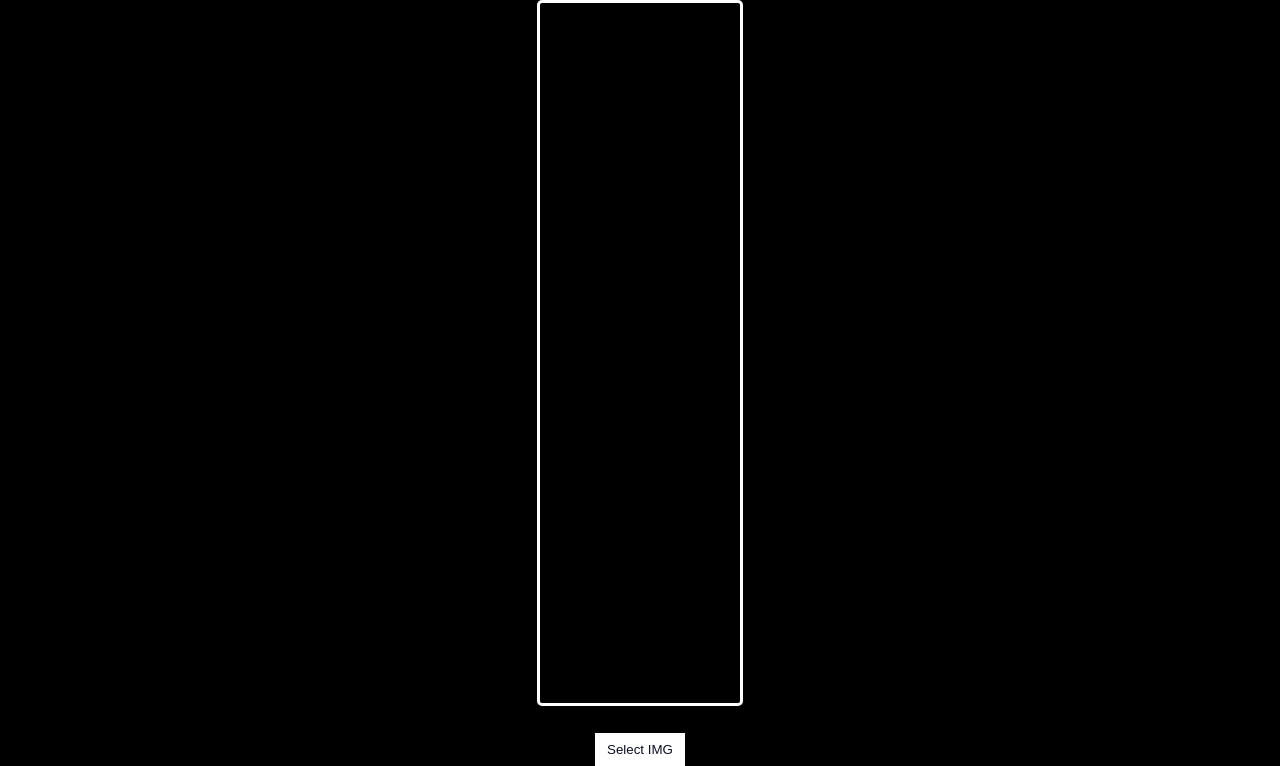
Repository: HOANGKHONGTANCRUSH/APPTenofflowAI
Page: /
An editor plug-in stored every save of this project. The page is shown before and after the next save, followed by the edit.
The browser window is 1280 px wide. The pictures show the whole page.
The project was rebuilt for these pictures with package versions that can differ from the ones it lists, and the page was loaded fresh each time. Also part of the build but not shown: src/App.css.

Above is the page before, as saved 2024-01-28 11:33:17.

After the next save:
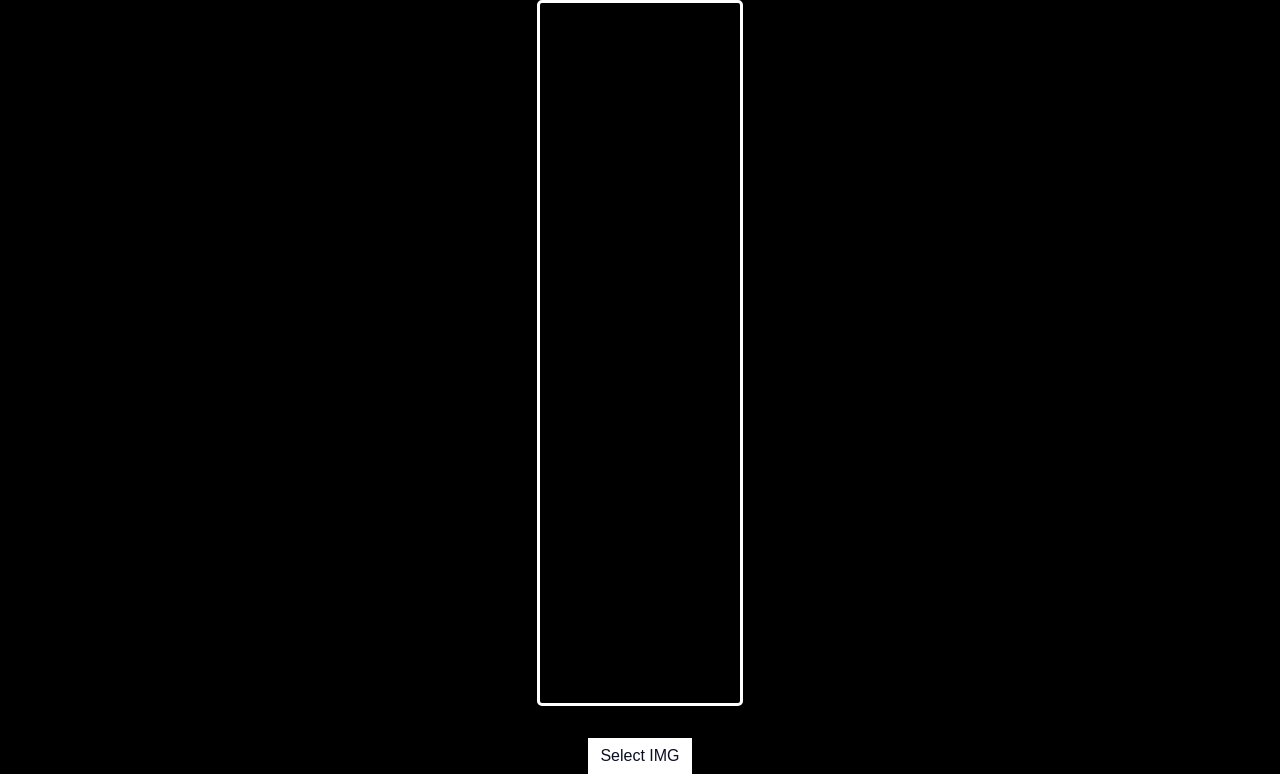
Saved 59 s later.
--- a/src/components/objectDetector/index.jsx
+++ b/src/components/objectDetector/index.jsx
@@ -40,6 +40,7 @@ const SelectButton = styled.button`
   margin-top: 2em;
   cursor: pointer;
   transition: all 260ms ease-in-out;
+  font-size: 16px;
 
   &:hover {
     background-color: transparent;
